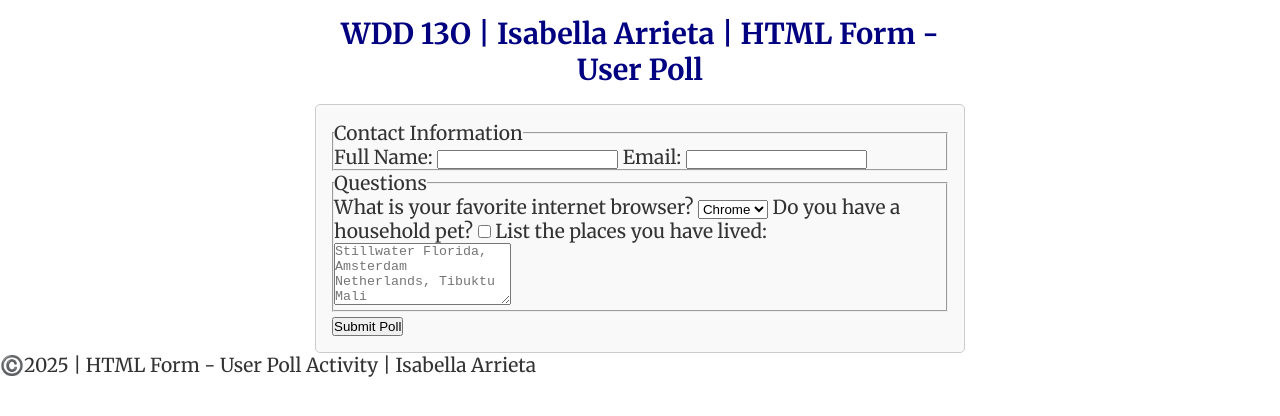
Repository: isaAJ05/wdd130
Page: week05/poll-form.html
An editor plug-in stored every save of this project. The page is shown before and after the next save, followed by the edit.
The browser window is 1280 px wide. The pictures show the whole page.

Above is the page before, as saved 2025-06-14 18:36:04.

### week05/poll-form.html
<!DOCTYPE html>
<html lang="en-us">
<head>
    <meta charset="UTF-8">
    <meta name="viewport" content="width=device-width, initial-scale=1.0">
    <title>WDD 130 | HTML Form - User Poll</title>
    <meta name="description" content="Poll form">
    <meta name="author" content="Isabella Arrieta">
    <link rel="stylesheet" href="styles/poll-form.css">
    <link rel="preconnect" href="https://fonts.googleapis.com">
    <link rel="preconnect" href="https://fonts.gstatic.com" crossorigin>
    <link href="https://fonts.googleapis.com/css2?family=Merriweather:wght@400;700&family=Roboto:wght@400;700&display=swap" rel="stylesheet">
</head>
<body>
    <header>
        <h1>WDD 13O | Isabella Arrieta | HTML Form - User Poll</h1>
    </header>
    <main>
        <form>
            <fieldset>
                <legend>Contact Information</legend>
                <label>Full Name: <input type="text" name="fullname"></label>
                <label>Email: <input type="email" id="useremail" name="useremail"></label>
            </fieldset>
            <fieldset>
                <legend>Questions</legend>
                <label for="browser">What is your favorite internet browser?</label>
                <select id="browser" name="browser">
                    <option value="chrome">Chrome</option>
                    <option value="firefox">Firefox</option>
                    <option value="safari">Safari</option>
                    <option value="edge">Edge</option>
                    <option value="brave">Brave</option>
                    <option value="other">Other</option>
                </select>
                <label for="pet">Do you have a household pet?</label>
                <input type="checkbox" id="pet" name="pet">
                <label for="feedback">List the places you have lived:</label>
                <textarea id="feedback" name="feedback" rows="4" placeholder="Stillwater Florida, Amsterdam Netherlands, Tibuktu Mali"></textarea>
            </fieldset>
            <button type="submit">Submit Poll</button>
        </form>
    </main>
    <footer>
        <p>©️2025 | HTML Form - User Poll Activity | Isabella Arrieta</p>

    </footer>
</body>
</html>

### week05/styles/poll-form.css
* {
    margin: 0;
    padding: 0;
    box-sizing: border-box;
}
body {
    font-family: Merriweather, Georgia, serif;
    font-size: 1.2em;
    color: #333;
    background: #fff;
}
header{
    margin: 0 auto;
    width: 650px;
}
h1{
    margin: 1rem;
    font-size: 1.5em;
    color: navy;
    text-align: center;
}
form {
    margin: 0 auto;
    width: 650px;
    padding: 1rem;
    border: 1px solid #ccc;
    border-radius: 5px;
    background-color: #f9f9f9;
    display:
}

After the next save:
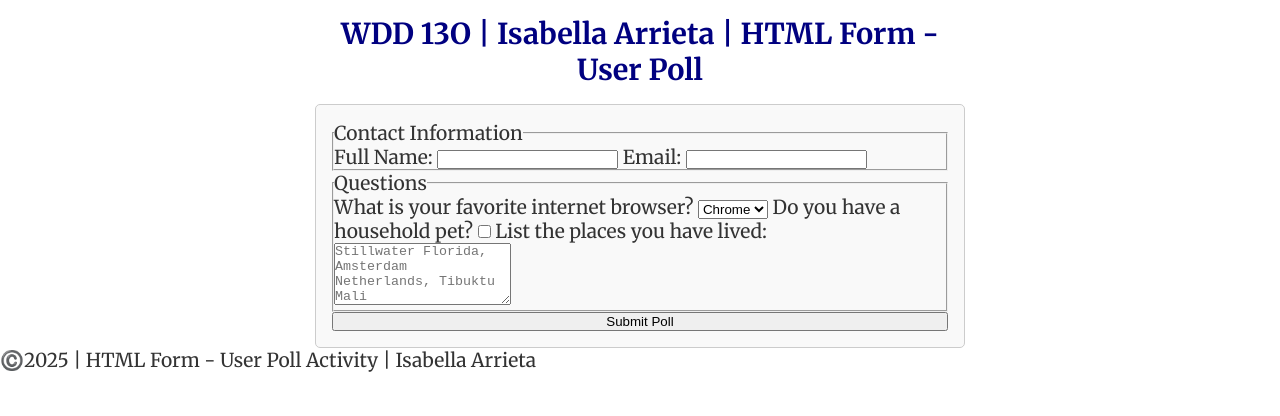
Saved 4 s later.
--- a/week05/styles/poll-form.css
+++ b/week05/styles/poll-form.css
@@ -26,5 +26,5 @@ form {
     border: 1px solid #ccc;
     border-radius: 5px;
     background-color: #f9f9f9;
-    display:
+    display: grid;
 }
